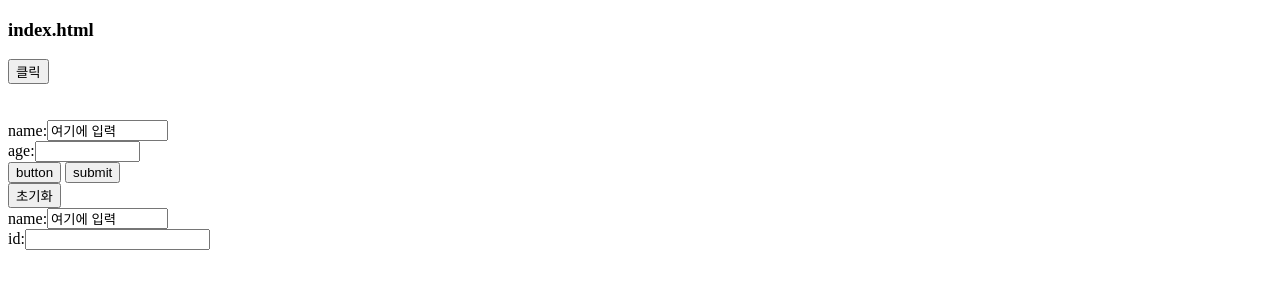
Repository: Jv2020/bitcamp
Page: html/sample04/WebContent/index.html
The author's editor kept a copy of each file at every save. The page is drawn from the files as they stood at one save, then again after the next save.
The browser window is 1280 px wide. The pictures show the whole page.

Above is the page before, as saved 2020-01-03 02:14:38.

### html/sample04/WebContent/index.html
<!DOCTYPE html>
<html>
<head>
<meta charset="UTF-8">
<title>Insert title here</title>
</head>
<body>

<!--
	link -> anchor <a href="이동하고 싶은 파일 또는 URL">표시문자열 이미지</a>
-->

<!--

form
event resource와 같이 많이 사용.
입력데이터 등을 전송할 수 있다.

	id		: # 현재 페이지에서 1개만 인식 (중복x), JacaScript(=JQery)
	class	: . 다중 인식. CSS()
	name	: link용. 값을 전송. 변수의 역할

-->


<!--

<form action="이동하고 싶은 파일 또는 주소 or 파일명"> submit
	입력 리소스
	<input type="submit" value="클릭">
</form>

-->
<h3>index.html</h3>
<form action="NewFile.html">
	<input type="submit" value="클릭">
</form>

<br><br>

<!--
	input : button(submit), checkbox, radio, textfield ...
-->
<form action="NewFile.html">
   name:<input type="text" value="여기에 입력" size="12">
   <br>
   age:<input type="text" value="" size="10">
   <br>
   <input type="submit" value="button">
   <input type="submit" value="submit">
   <br>
   <input type="reset" value="초기화">
</form>

name:<input type="text" value="여기에 입력" size="12">

<form action="NewFile.jsp">
	id:<input type="text" name="id">
</form>


</body>
</html>

After the next save:
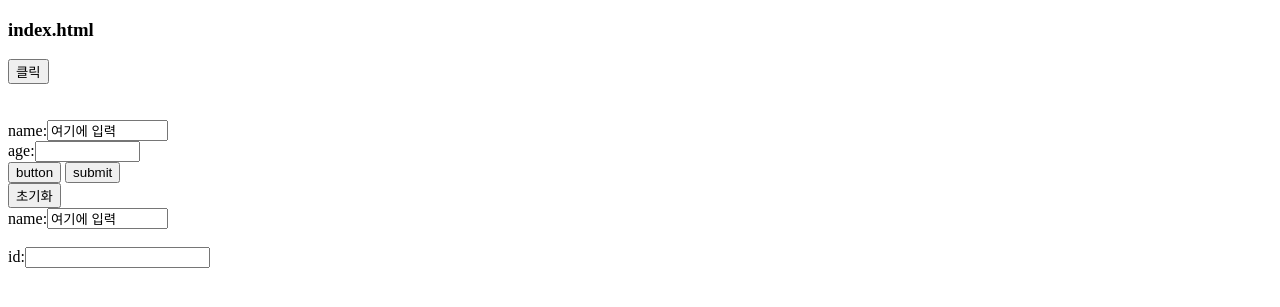
Saved 10 s later.
--- a/html/sample04/WebContent/index.html
+++ b/html/sample04/WebContent/index.html
@@ -53,7 +53,7 @@ event resource와 같이 많이 사용.
 </form>
 
 name:<input type="text" value="여기에 입력" size="12">
-
+<br><br>
 <form action="NewFile.jsp">
 	id:<input type="text" name="id">
 </form>
